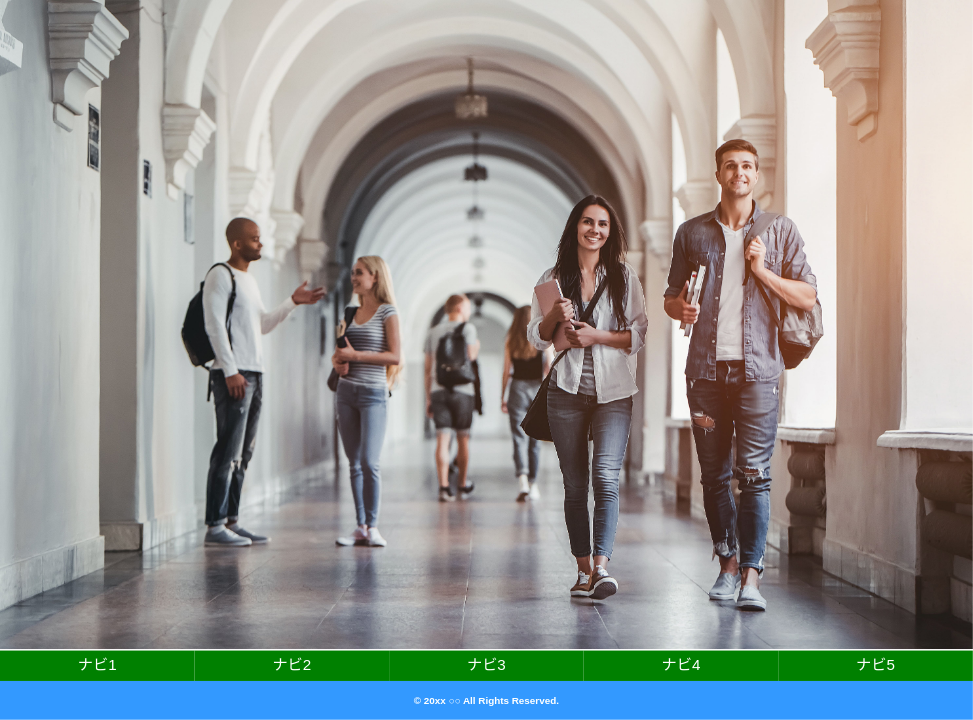
Repository: Kazuya888/samurai_HTML-CSS
Page: home.html
The author's editor kept a record of every edit. The page is drawn from the files as they stood at one moment, then again after the next edit.
The browser window is 1280 px wide. The pictures show the whole page, at 76% of full size.
Pictures or frames that could not be fetched are drawn as grey boxes.

Above is the page before.

### home.html
<!DOCTYPE html>
<html lang="ja">
<head>
    <meta charset="UTF-8">
    <title>HTML/CSSの学習</title>
    <link rel="stylesheet" href="stylesheet.css">
</head>
<body>
    <div id= "header">
        <h1><a href="index.html"><img id="corridor" src="images/corridor.jpg" alt="大学の廊下" /></a></h1>
    </div>
    <div id= "wrapper">
     <div id="nav">
                <ul>
                    <li><a href="home.html">ナビ1</a></li>
                    <li><a href="#">ナビ2</a></li>
                    <li><a href="#">ナビ3</a></li>
                    <li><a href="#">ナビ4</a></li>
                    <li><a href="#">ナビ5</a></li>
                </ul>
                </div>
    <div id="footer">
            <p>&copy; 20xx ○○ All Rights Reserved.</p>
       </div>
</body>
</html>

### stylesheet.css
@charset "utf-8";

body {
	margin: 0;
	padding: 0;
	font-family: "ヒラギノ角ゴ Pro W3", "Hiragino Kaku Gothic Pro", "メイリオ", Meiryo, Osaka, "ＭＳ Ｐゴシック", "MS PGothic", sans-serif;
	color: #333;
	font-size: 13px;
	line-height: 150%;
}

/* -------------------- wrapper -------------------- */
#wrapper {
    width: 100%;
    margin: auto;
    padding: 0px;
    border: 0px;
    background-color: #FFF;
    top: 10px;
}

 /* -------------------- header -------------------- */
 #header {
 	width: 100%;
 }
 #header h1 {
 	 margin: 0;
	 padding: 0;
 }

 #corridor {
	 width: 100%;
	 height: auto;
 }

 /* -------------------- footer -------------------- */
 #footer {
 	 clear: both;
 	 width: 100%;
 	 padding: 3px 0 3px 0;
 	 background: #39F;
 	 color: #FFF;
 	 font-weight: bold;
 	 text-align: center;
 }

  /* -------------------- nav -------------------- */
 #nav {
	 width: 100%;
 }
 #nav ul {
	 margin: 0;
	 padding: 0;
	 list-style-type: none;
 }
 #nav ul li {
	 float: left;
	 width: 20%;
	 text-align: center;
 }
 #nav ul li a {
	 display: block;
	 height: 20px;
	 margin: 0;
	 padding: 10px;
	 color: #FFF;
	 font-size: 20px;
	 text-decoration: none;
	 background-color: green;
}


 /* -------------------- container -------------------- */
 #container {
	 width: 100%;
	 margin: auto ;
	 padding: auto;
	 padding-top: 20px;
	 clear: both;
 }
 /* -------------------- main -------------------- */
 #main {
	 float: left;
	 width: 60%;
	 padding: 10px 30px 10px 10px;
 }
 #main h2 {
	 margin: 0 0 10px 0;
	 padding: 3px 10px 3px 10px;
	 color: #FFF;
	 font-size: 16px;
	 border-left: solid 10px #C00;
	 background: #F90 url(../images/main_h2.jpg) right top repeat-y;
 }
 #main p {
	 margin: 0;
	 padding: 0;
 }
 #main .post {
	 margin: 0 0 30px 0;
 }

 #main .post img.right {
	 margin: 0 0 0 8px;
 }
 #main .post img.left {
	 margin: 0 8px 0 0;
 }

 .right {
	 float: right;
	 width: 40%;
	 height: auto;
 }
 .left {
	 float: left;
	 width: 40%;
	 height: auto;
 }

 /* -------------------- clearfix -------------------- */
 .clearfix {
	 zoom: 1;
 }
 .clearfix:after{
	 content: "";
	 display: block;
	 clear: both;
 }


 /* -------------------- side -------------------- */
 #side {
 	 float: right;
	 width: 30%;
 	 padding: 20px;
 	 background-color: #F99;
 }
 #side .box {
 	 margin: 0 auto 30px auto;
 	 padding: 0 0 20px 0;
 	 background: url(images/side_box.png) bottom no-repeat;
 }
 #side .box h2 {
 	 margin: 0;
 	 padding: 8px;
 	 text-align: center;
 	 color: #fff;
 	 font-size: 16px;
 	 line-height: 16px;
 	 font-weight: normal;
 	 background: url(images/side_box_h2.png) center no-repeat;
 }
 #side .box .boxBody {
 	 padding: 8px;
 	 border-right: solid 1px #C36;
 	 border-bottom: solid 1px #C36;
 	 border-left: solid 1px #C36;
 	 background: #fff;
 }
 #side .box .boxBody ul {
	 margin: 0 0 16px 0;
 	 padding: 0;
 }
 #side .box .boxBody ul li {
 	 padding: 8px 0 8px 4px;
 	 list-style: none;
 	 border-bottom: solid 1px #C36;
 }

After the next edit:
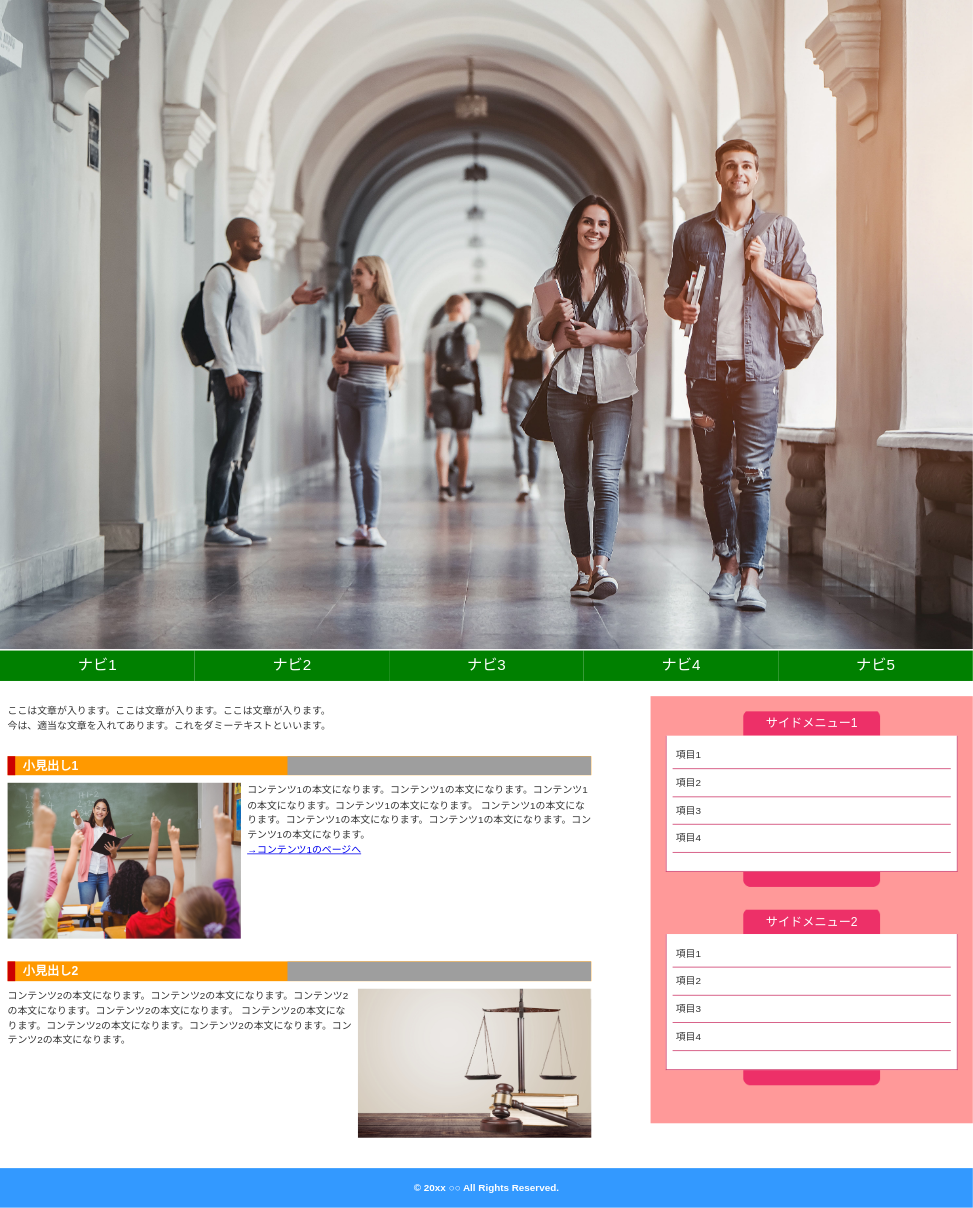
The edit:
--- a/home.html
+++ b/home.html
@@ -19,6 +19,55 @@
                     <li><a href="#">ナビ5</a></li>
                 </ul>
                 </div>
+                            <div id="container">
+                <div id="main">
+                    <div class="post">
+                        <p>ここは文章が入ります。ここは文章が入ります。ここは文章が入ります。<br />今は、適当な文章を入れてあります。これをダミーテキストといいます。</p>
+                    </div>
+                    <div class="post clearfix">
+                        <h2>小見出し1</h2>
+                        <img class="left" src="images/classroom.jpg" alt="授業風景" />
+                        <p>
+                            コンテンツ1の本文になります。コンテンツ1の本文になります。コンテンツ1の本文になります。コンテンツ1の本文になります。
+                            コンテンツ1の本文になります。コンテンツ1の本文になります。コンテンツ1の本文になります。コンテンツ1の本文になります。
+                        </p>
+                        <p><a href="#">→コンテンツ1のページへ</a></p>
+                    </div>
+                    <div class="post clearfix">
+                        <h2>小見出し2</h2>
+                        <img class="right" src="images/scale.jpg" alt="天秤" />
+                        <p>
+                             コンテンツ2の本文になります。コンテンツ2の本文になります。コンテンツ2の本文になります。コンテンツ2の本文になります。
+                            コンテンツ2の本文になります。コンテンツ2の本文になります。コンテンツ2の本文になります。コンテンツ2の本文になります。
+                        </p>
+                    </div>
+                </div>
+            </div>
+             <div id="side">
+                <div class="box">
+                    <h2>サイドメニュー1</h2>
+                    <div class="boxBody">
+                        <ul>
+                            <li>項目1</li>
+                            <li>項目2</li>
+                            <li>項目3</li>
+                            <li>項目4</li>
+                        </ul>
+                    </div>
+                </div>
+                <div class="box">
+                    <h2>サイドメニュー2</h2>
+                    <div class="boxBody">
+                        <ul>
+                            <li>項目1</li>
+                            <li>項目2</li>
+                            <li>項目3</li>
+                            <li>項目4</li>
+                        </ul>
+                    </div>
+                </div>
+            </div>
+                </div>
     <div id="footer">
             <p>&copy; 20xx ○○ All Rights Reserved.</p>
        </div>
